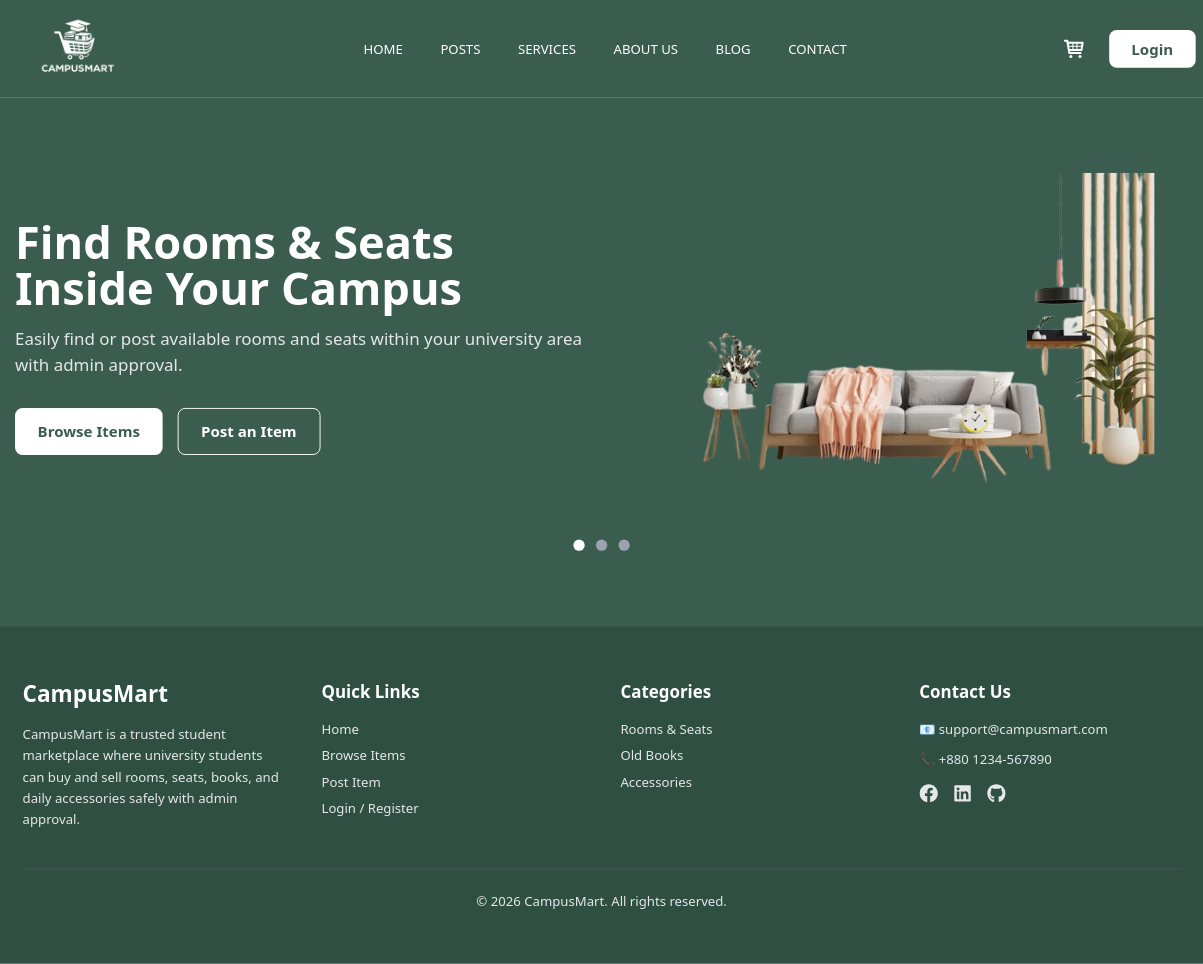
Repository: jahidhasanri/CAMPUSMART
Page: /
These files come from the project's save history. The page is drawn as it stood at one moment and after the next save; the edit follows.
The browser window is 1280 px wide. The pictures show the whole page, at 94% of full size.
The project was rebuilt for these pictures with package versions that can differ from the ones it lists, and the page was loaded fresh each time. Also part of the build but not shown: vite.config.js.

Above is the page before, as saved 2026-01-12 23:03:38.

After the next save:
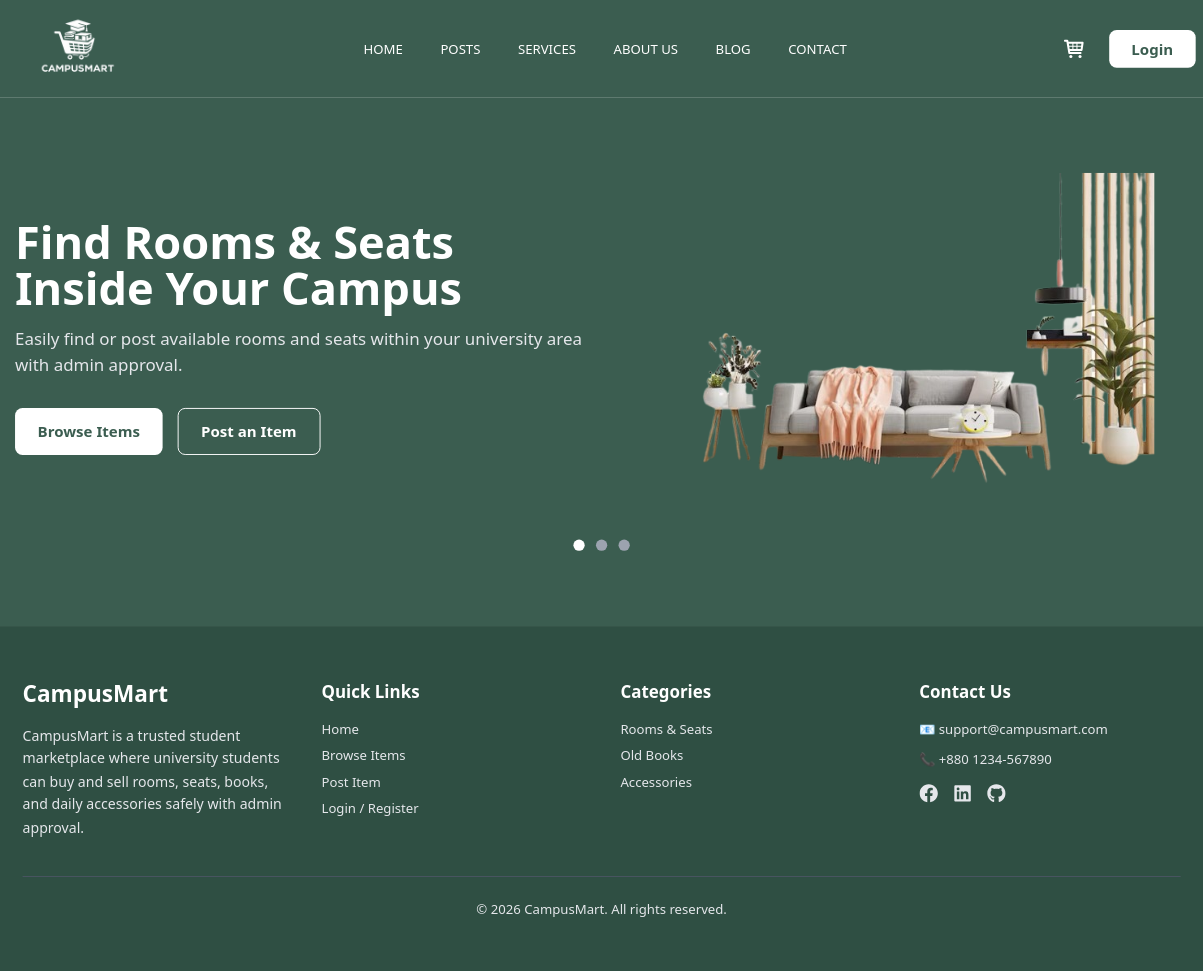
Saved 80 s later.
--- a/src/components/Footer.jsx
+++ b/src/components/Footer.jsx
@@ -11,7 +11,7 @@ const Footer = () => {
             <h2 className="text-2xl font-bold text-white mb-4">
               CampusMart
             </h2>
-            <p className="text-sm leading-relaxed">
+            <p className="text-[15px] leading-relaxed">
               CampusMart is a trusted student marketplace where university
               students can buy and sell rooms, seats, books, and daily
               accessories safely with admin approval.
